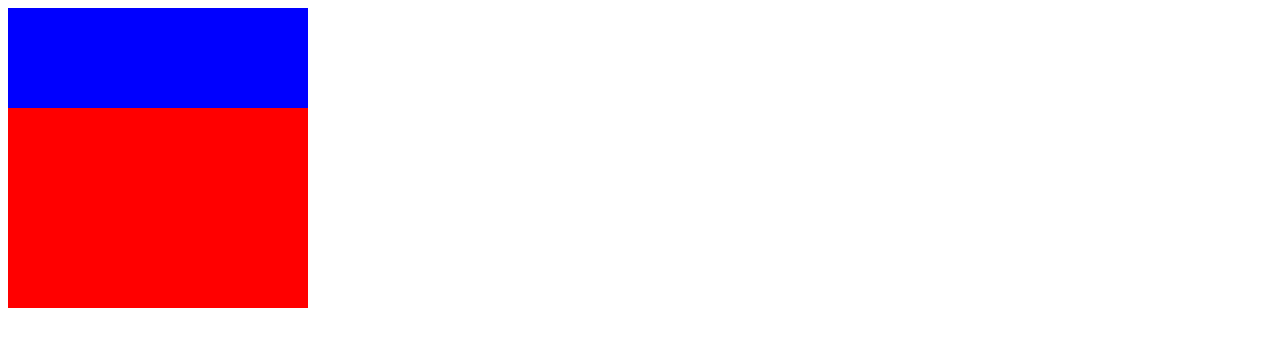
Repository: yymmyymm/review-sub1
Page: box/box.html
The author's editor kept a record of every edit. The page is drawn from the files as they stood at one moment, then again after the next edit.
The browser window is 1280 px wide. The pictures show the whole page.

Above is the page before.

### box/box.html
<!DOCTYPE html>
<html lang="ja">
  <head>
    <meta charset="UTF-8" />
    <!-- CSSファイルの読み込み -->
    <link rel="stylesheet" href="box.css" />
    <title>BOX</title>
  </head>

  <body>
    <!-- box1用のdiv -->
    <div class="box1">
      <div class="box2"></div>
    </div>
  </body>
</html>

### box/box.css
.box1 {
  width: 300px;
  height: 300px;
  background-color: red;
}
.box2 {
  widows: 100px;
  height: 100px;
  background-color: blue;
}

After the next edit:
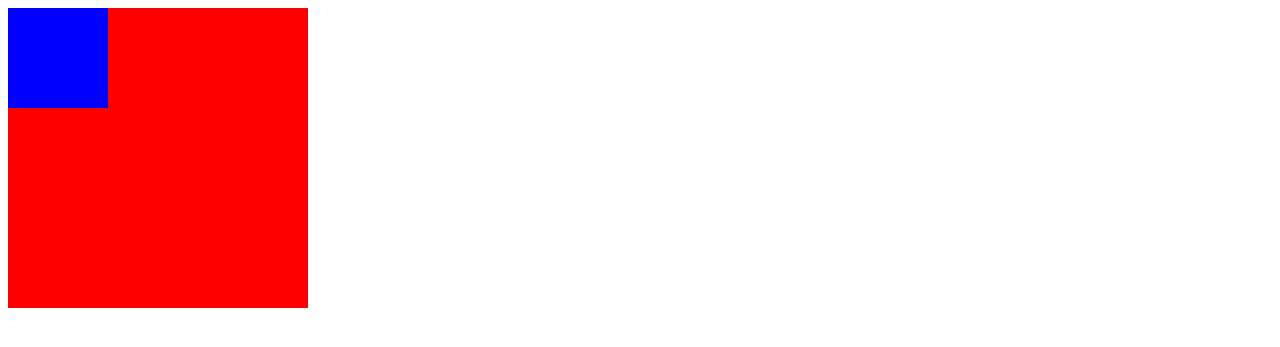
The edit:
--- a/box/box.css
+++ b/box/box.css
@@ -4,7 +4,7 @@
   background-color: red;
 }
 .box2 {
-  widows: 100px;
+  width: 100px;
   height: 100px;
   background-color: blue;
 }
